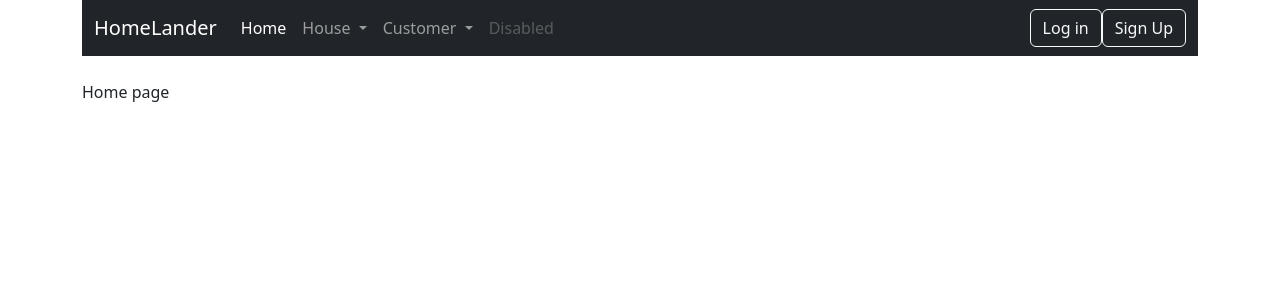
Repository: nguyenhung50497/MD3_caseStudy
Page: src/views/home.html
These files come from the project's save history. The page is drawn as it stood at one moment and after the next save; the edit follows.
The browser window is 1280 px wide. The pictures show the whole page.

Above is the page before, as saved 2023-01-04 08:20:02.

After the next save:
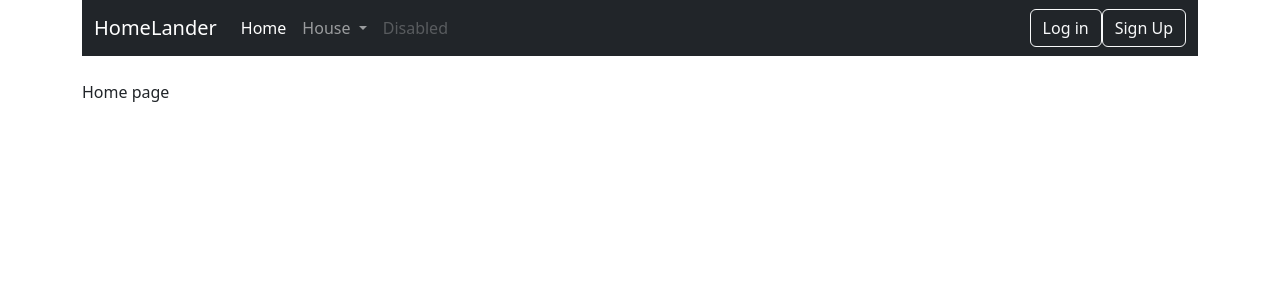
Saved 12 s later.
--- a/src/views/home.html
+++ b/src/views/home.html
@@ -30,7 +30,7 @@
                   <li><a class="dropdown-item" href="#">Something else here</a></li>
                 </ul>
               </li>
-              <li class="nav-item dropdown">
+              <!-- <li class="nav-item dropdown">
                 <a class="nav-link dropdown-toggle" href="#" role="button" data-bs-toggle="dropdown" aria-expanded="false">
                   Customer
                 </a>
@@ -41,7 +41,7 @@
                   <li><hr class="dropdown-divider"></li>
                   <li><a class="dropdown-item" href="#">Something else here</a></li>
                 </ul>
-              </li>
+              </li> -->
               <li class="nav-item">
                 <a class="nav-link disabled">Disabled</a>
               </li>
